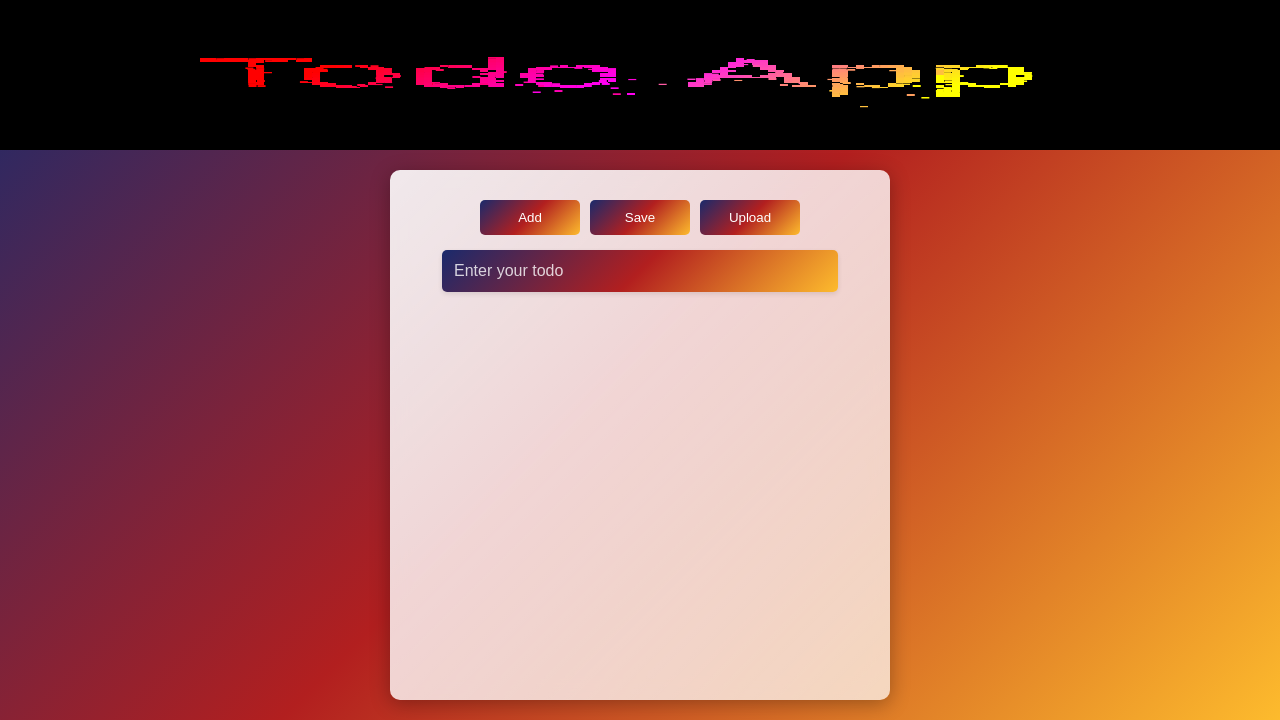
Repository: Teycir/todo-app
Page: index.html
These files come from the project's save history. The page is drawn as it stood at one moment and after the next save; the edit follows.
The browser window is 1280 px wide. The pictures show the whole page.

Above is the page before, as saved 2024-11-07 19:19:34.
Console error: ReferenceError: particlesJS is not defined

### index.html
<!DOCTYPE html>
<html lang="en">
<head>
    <meta charset="UTF-8">
    <meta name="viewport" content="width=device-width, initial-scale=1.0">
    <title>Todo App</title>
    <style>
        * {
            padding: 0;
            margin: 0;
            box-sizing: border-box;
            font-family: Arial, sans-serif;
        }

        body {
            background: linear-gradient(135deg, #1a2a6c, #b21f1f, #fdbb2d);
            min-height: 100vh;
            display: flex;
            flex-direction: column;
        }

        canvas {
            background: black;
            width: 100%;
            height: 150px;
        }

        input#textInput {
            position: absolute;
            width: calc(100% - 20px);
            padding: 10px;
            margin: 10px;
            z-index: 100;
            display: none;
        }

        .app-container {
            flex: 1;
            padding: 20px;
            display: flex;
            justify-content: center;
        }

        .container {
            background: linear-gradient(135deg,
                rgba(255, 255, 255, 0.9),
                rgba(255, 255, 255, 0.8) 50%,
                rgba(255, 255, 255, 0.7)
            );
            padding: 30px;
            border-radius: 10px;
            box-shadow: 0 4px 20px rgba(0, 0, 0, 0.3);
            backdrop-filter: blur(10px);
            width: 100%;
            max-width: 500px;
        }

        .input-section {
            display: flex;
            flex-direction: column;
            gap: 15px;
            margin-bottom: 20px;
            align-items: center;
        }

        .button-group {
            display: flex;
            justify-content: center;
            gap: 10px;
            flex-wrap: wrap;
        }

        #todoInput {
            width: 90%;
            padding: 12px;
            border: none;
            border-radius: 5px;
            font-size: 16px;
            background: linear-gradient(135deg, #1a2a6c, #b21f1f, #fdbb2d);
            box-shadow: 0 2px 5px rgba(0, 0, 0, 0.1);
            transition: all 0.3s ease;
            color: white;
        }

        #todoInput::placeholder {
            color: rgba(255, 255, 255, 0.8);
        }

        #addTodo, #saveTodo, #uploadTodo {
            padding: 10px 20px;
            color: white;
            border: none;
            border-radius: 5px;
            cursor: pointer;
            transition: transform 0.2s, box-shadow 0.2s;
            background: linear-gradient(135deg, #1a2a6c, #b21f1f, #fdbb2d);
            width: 100px;
            text-align: center;
        }

        #todoList {
            list-style: none;
        }

        .todo-item {
            display: flex;
            align-items: center;
            padding: 10px;
            background: linear-gradient(135deg, #1a2a6c, #b21f1f, #fdbb2d);
            margin-bottom: 8px;
            border-radius: 5px;
            transition: all 0.3s;
            box-shadow: 0 2px 5px rgba(0, 0, 0, 0.1);
            color: white;
        }

        .todo-item:hover {
            transform: translateX(5px);
            box-shadow: 0 4px 8px rgba(0, 0, 0, 0.2);
        }

        .todo-item.completed {
            opacity: 0.7;
            text-decoration: line-through;
        }

        .todo-text {
            flex: 1;
            margin: 0 10px;
        }

        .delete-btn {
            padding: 5px 10px;
            background: linear-gradient(135deg, #1a2a6c, #b21f1f, #fdbb2d);
            color: white;
            border: none;
            border-radius: 3px;
            cursor: pointer;
        }

        button:hover {
            filter: brightness(1.1);
            box-shadow: 0 4px 8px rgba(0, 0, 0, 0.3);
        }

        button:active {
            transform: scale(0.95);
        }
    </style>
</head>
<body>
    <canvas id="canvas1"></canvas>
    <input type="text" id="textInput" value="Todo App">
    <div class="app-container">
        <div class="container">
            <div class="input-section">
                <div class="button-group">
                    <button id="addTodo">Add</button>
                    <button id="saveTodo">Save</button>
                    <button id="uploadTodo">Upload</button>
                    <input type="file" id="fileInput" accept=".txt" style="display: none;">
                </div>
                <input type="text" id="todoInput" placeholder="Enter your todo">
            </div>
            <ul id="todoList"></ul>
        </div>
    </div>
    <script src="animation.js"></script>
    <script src="script.js"></script>
</body>
</html>

### animation.js
window.addEventListener('load', function(){
    const canvas = document.getElementById('canvas1');
    const ctx = canvas.getContext('2d', {
        willReadFrequently: true
    });
    canvas.width = window.innerWidth;
    canvas.height = window.innerHeight;

    class Particle {
        constructor(effect, x, y, color){
            this.effect = effect;
            this.x = Math.random() * this.effect.canvasWidth;
            this.y = this.effect.canvasHeight;
            this.color = color;
            this.originX = x;
            this.originY = y;
            this.size = this.effect.gap;
            this.dx = 0;
            this.dy = 0;
            this.vx = 0;
            this.vy = 0;
            this.force = 0;
            this.angle = 0;
            this.distance = 0;
            this.friction = Math.random() * 0.6 + 0.15;
            this.ease = Math.random() * 0.1 + 0.005;
        }
        draw(){
            this.effect.context.fillStyle = this.color;
            this.effect.context.fillRect(this.x, this.y, this.size, this.size);
        }
        update(){
            this.dx = this.effect.mouse.x - this.x;
            this.dy = this.effect.mouse.y - this.y;
            this.distance = this.dx * this.dx + this.dy * this.dy;
            this.force = -this.effect.mouse.radius / this.distance;

            if (this.distance < this.effect.mouse.radius){
                this.angle = Math.atan2(this.dy, this.dx);
                this.vx += this.force * Math.cos(this.angle);
                this.vy += this.force * Math.sin(this.angle);
            }

            this.x += (this.vx *= this.friction) + (this.originX - this.x) * this.ease;
            this.y += (this.vy *= this.friction) + (this.originY - this.y) * this.ease;
        }
    }

    class Effect {
        constructor(context, canvasWidth, canvasHeight){
            this.context = context;
            this.canvasWidth = canvasWidth;
            this.canvasHeight = canvasHeight;
            this.textX = this.canvasWidth / 2;
            this.textY = this.canvasHeight / 2;
            this.fontSize = 200;
            this.lineHeight = this.fontSize * 1.1;
            this.maxTextWidth = this.canvasWidth * 0.8;
            this.textInput = document.getElementById('textInput');
            this.verticalOffset = 0;
            this.textInput.addEventListener('keyup', (e) => {
                if (e.key !==' ') {
                    this.context.clearRect(0, 0, this.canvasWidth, this.canvasHeight);
                    this.wrapText(e.target.value);
                }
            });
            // particle text
            this.particles = [];
            this.gap = 8;
            this.mouse = {
                radius: 20000,
                x: 0,
                y: 0
            }
            window.addEventListener('mousemove', (e) => {
                this.mouse.x = e.x;
                this.mouse.y = e.y;
            });
        }
        wrapText(text){
            // canvas settings
            const gradient = this.context.createLinearGradient(0, 0, this.canvasWidth, this.canvasHeight);
            gradient.addColorStop(0.3, 'red');
            gradient.addColorStop(0.5, 'magenta');
            gradient.addColorStop(0.7, 'yellow');
            this.context.fillStyle = gradient;
            this.context.textAlign = 'center';
            this.context.textBaseline = 'middle';
            this.context.lineWidth = 3;
            this.context.strokeStyle = 'orange';
            this.context.font = this.fontSize + 'px Helvetica';
            // break multiline text
            let linesArray = [];
            let words = text.split(' ');
            let lineCounter = 0;
            let line = '';
            for ( let i = 0; i < words.length; i++ ){
                let testLine = line + words[i] + ' ';
                if (this.context.measureText(testLine).width > this.maxTextWidth){
                    line = words[i] + ' ';
                    lineCounter++;
                } else {
                    line = testLine;
                }
                linesArray[lineCounter] = line;
            }
            let textHeight = this.lineHeight * lineCounter;
            this.textY = this.canvasHeight / 2 - textHeight / 2 + this.verticalOffset;
            linesArray.forEach((el, index) => {
                this.context.fillText(el, this.textX, this.textY + (index * this.lineHeight));
                //this.context.strokeText(el, this.textX, this.textY + (index * this.lineHeight));
            });
            this.convertToParticles();
        }
        convertToParticles(){
            this.particles = [];
            const pixels = this.context.getImageData(0, 0, this.canvasWidth, this.canvasHeight).data;
            this.context.clearRect(0, 0, this.canvasWidth, this.canvasHeight);
            for (let y = 0; y < this.canvasHeight; y += this.gap){
                for (let x = 0; x < this.canvasWidth; x+= this.gap){
                    const index = (y * this.canvasWidth + x) * 4;
                    const alpha = pixels[index + 3];
                    if (alpha > 0){
                        const red = pixels[index];
                        const green = pixels[index + 1];
                        const blue = pixels[index + 2];
                        const color = 'rgb(' + red + ',' + green + ',' + blue + ')';
                        this.particles.push(new Particle(this, x, y, color));
                    }
                }
            }
        }
        render(){
            this.particles.forEach(particle => {
                particle.update();
                particle.draw();
            });
        }
        resize(width, height){
            this.canvasWidth = width;
            this.canvasHeight = height;
            this.textX = this.canvasWidth / 2;
            this.textY = this.canvasHeight / 2;
            this.maxTextWidth = this.canvasWidth * 0.8;
        }
    }

    const effect = new Effect(ctx, canvas.width, canvas.height);
    effect.wrapText(effect.textInput.value);
    effect.render();

    function animate(){
        ctx.clearRect(0, 0, canvas.width, canvas.height);
        effect.render();
        requestAnimationFrame(animate);
    }
    animate();

    window.addEventListener('resize', function(){
        canvas.width = window.innerWidth;
        canvas.height = window.innerHeight;
        effect.resize(canvas.width, canvas.height);
        effect.wrapText(effect.textInput.value);
    });
});

### script.js
// Initialize title animation when the page loads
window.addEventListener('load', function() {
    initTitleAnimation();
});

// Todo app functionality
const todoInput = document.getElementById('todoInput');
const addTodoBtn = document.getElementById('addTodo');
const saveTodoBtn = document.getElementById('saveTodo');
const uploadTodoBtn = document.getElementById('uploadTodo');
const fileInput = document.getElementById('fileInput');
const todoList = document.getElementById('todoList');

let todos = [];

function saveTodos() {
    // Create content string from todos
    const content = todos.map(todo => todo.text).join('\n');

    // Create blob and download link
    const blob = new Blob([content], { type: 'text/plain' });
    const url = URL.createObjectURL(blob);
    const a = document.createElement('a');
    a.href = url;
    a.download = 'todos.txt';
    document.body.appendChild(a);
    a.click();

    // Cleanup
    document.body.removeChild(a);
    URL.revokeObjectURL(url);

    // Visual feedback
    saveTodoBtn.textContent = 'Saved!';
    setTimeout(() => {
        saveTodoBtn.textContent = 'Save';
    }, 1000);
}

function uploadTodos() {
    fileInput.click();
}

fileInput.addEventListener('change', (e) => {
    const file = e.target.files[0];
    if (file) {
        const reader = new FileReader();
        reader.onload = (e) => {
            const content = e.target.result;
            // Clear existing todos
            todos = [];
            todoList.innerHTML = '';

            // Create new todos from file content
            content.split('\n').forEach(text => {
                if (text.trim()) {
                    const todo = {
                        id: Date.now() + Math.random(),
                        text: text.trim(),
                        completed: false
                    };
                    todos.push(todo);
                    renderTodo(todo);
                }
            });

            // Reset file input
            fileInput.value = '';

            // Visual feedback
            uploadTodoBtn.textContent = 'Loaded!';
            setTimeout(() => {
                uploadTodoBtn.textContent = 'Upload';
            }, 1000);
        };
        reader.readAsText(file);
    }
});

function addTodo() {
    const todoText = todoInput.value.trim();
    if (todoText) {
        const todo = {
            id: Date.now(),
            text: todoText,
            completed: false
        };
        todos.push(todo);
        renderTodo(todo);
        todoInput.value = '';
    }
}

function renderTodo(todo) {
    const li = document.createElement('li');
    li.className = 'todo-item';
    li.dataset.id = todo.id;
    li.innerHTML = `
        <input type="checkbox" ${todo.completed ? 'checked' : ''}>
        <span class="todo-text">${todo.text}</span>
        <button class="delete-btn">Delete</button>
    `;

    const checkbox = li.querySelector('input');
    checkbox.addEventListener('change', () => toggleTodo(todo.id));

    const deleteBtn = li.querySelector('.delete-btn');
    deleteBtn.addEventListener('click', () => deleteTodo(todo.id));

    todoList.appendChild(li);
}

function toggleTodo(id) {
    const todo = todos.find(t => t.id === id);
    if (todo) {
        todo.completed = !todo.completed;
        const todoItem = todoList.querySelector(`[data-id="${id}"]`);
        if (todoItem) {
            todoItem.classList.toggle('completed');
        }
    }
}

function deleteTodo(id) {
    todos = todos.filter(t => t.id !== id);
    const todoItem = todoList.querySelector(`[data-id="${id}"]`);
    if (todoItem) {
        todoItem.remove();
    }
}

// Event Listeners
addTodoBtn.addEventListener('click', addTodo);
saveTodoBtn.addEventListener('click', saveTodos);
uploadTodoBtn.addEventListener('click', uploadTodos);

todoInput.addEventListener('keypress', (e) => {
    if (e.key === 'Enter') {
        addTodo();
    }
});

// Particles.js configuration
particlesJS('particles-js', {
    particles: {
        number: {
            value: 80,
            density: {
                enable: true,
                value_area: 800
            }
        },
        color: {
            value: '#ffffff'
        },
        shape: {
            type: 'circle'
        },
        opacity: {
            value: 0.5,
            random: false,
            anim: {
                enable: false
            }
        },
        size: {
            value: 3,
            random: true,
            anim: {
                enable: false
            }
        },
        line_linked: {
            enable: true,
            distance: 150,
            color: '#ffffff',
            opacity: 0.4,
            width: 1
        },
        move: {
            enable: true,
            speed: 2,
            direction: 'none',
            random: false,
            straight: false,
            out_mode: 'out',
            bounce: false,
            attract: {
                enable: true,
                rotateX: 600,
                rotateY: 1200
            }
        }
    },
    interactivity: {
        detect_on: 'canvas',
        events: {
            onhover: {
                enable: true,
                mode: 'grab'
            },
            onclick: {
                enable: true,
                mode: 'push'
            },
            resize: true
        },
        modes: {
            grab: {
                distance: 140,
                line_linked: {
                    opacity: 1
                }
            },
            push: {
                particles_nb: 4
            }
        }
    },
    retina_detect: true
});

After the next save:
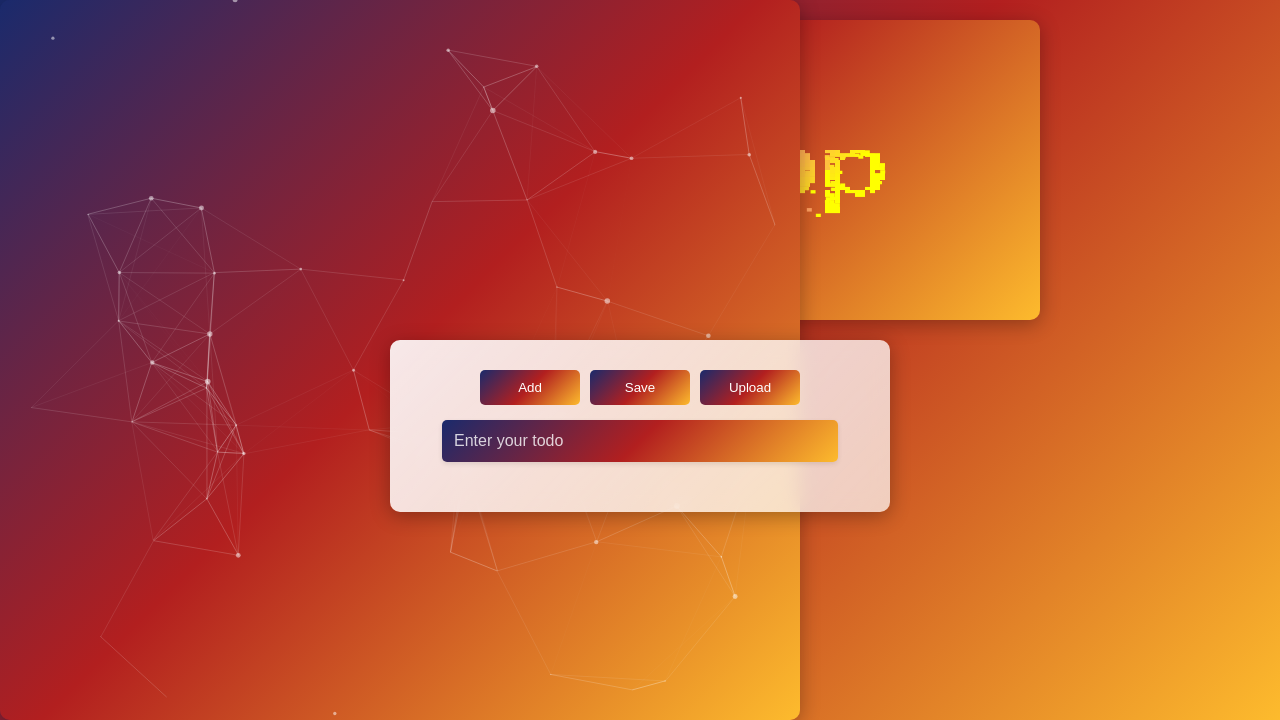
Console error: ReferenceError: initTitleAnimation is not defined
Saved 5 min 50 s later.
--- a/index.html
+++ b/index.html
@@ -17,12 +17,28 @@
             min-height: 100vh;
             display: flex;
             flex-direction: column;
+            align-items: center;
+            padding: 20px;
+        }
+
+        #particles-js {
+            position: fixed;
+            top: 0;
+            left: 0;
+            width: 100%;
+            height: 100%;
+            z-index: 1;
+            pointer-events: none;
         }
 
         canvas {
-            background: black;
+            background: linear-gradient(135deg, #1a2a6c, #b21f1f, #fdbb2d);
             width: 100%;
-            height: 150px;
+            max-width: 800px;
+            height: 300px;
+            margin-bottom: 20px;
+            border-radius: 10px;
+            box-shadow: 0 4px 20px rgba(0, 0, 0, 0.3);
         }
 
         input#textInput {
@@ -32,13 +48,6 @@
             margin: 10px;
             z-index: 100;
             display: none;
-        }
-
-        .app-container {
-            flex: 1;
-            padding: 20px;
-            display: flex;
-            justify-content: center;
         }
 
         .container {
@@ -53,6 +62,7 @@
             backdrop-filter: blur(10px);
             width: 100%;
             max-width: 500px;
+            z-index: 2;
         }
 
         .input-section {
@@ -149,22 +159,22 @@
     </style>
 </head>
 <body>
+    <div id="particles-js"></div>
     <canvas id="canvas1"></canvas>
     <input type="text" id="textInput" value="Todo App">
-    <div class="app-container">
-        <div class="container">
-            <div class="input-section">
-                <div class="button-group">
-                    <button id="addTodo">Add</button>
-                    <button id="saveTodo">Save</button>
-                    <button id="uploadTodo">Upload</button>
-                    <input type="file" id="fileInput" accept=".txt" style="display: none;">
-                </div>
-                <input type="text" id="todoInput" placeholder="Enter your todo">
+    <div class="container">
+        <div class="input-section">
+            <div class="button-group">
+                <button id="addTodo">Add</button>
+                <button id="saveTodo">Save</button>
+                <button id="uploadTodo">Upload</button>
+                <input type="file" id="fileInput" accept=".txt" style="display: none;">
             </div>
-            <ul id="todoList"></ul>
+            <input type="text" id="todoInput" placeholder="Enter your todo">
         </div>
+        <ul id="todoList"></ul>
     </div>
+    <script src="https://cdn.jsdelivr.net/particles.js/2.0.0/particles.min.js"></script>
     <script src="animation.js"></script>
     <script src="script.js"></script>
 </body>
